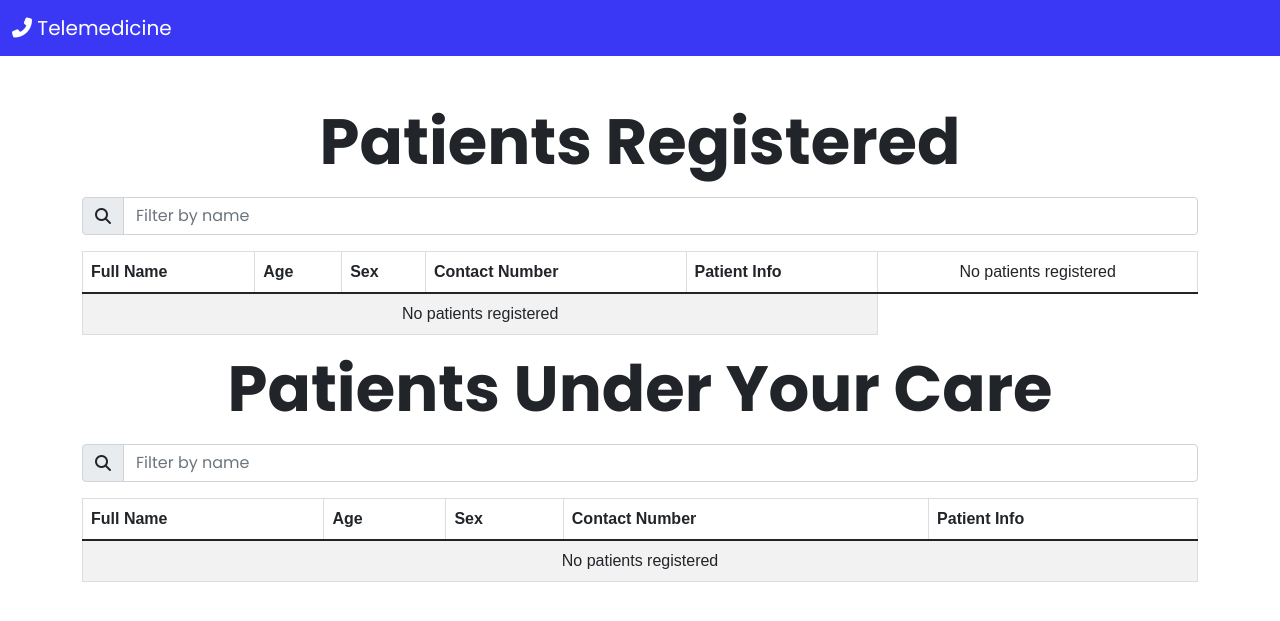
Repository: aragahan/HI-191
Page: main/templates/main/all_patients.html
An editor plug-in stored every save of this project. The page is shown before and after the next save, followed by the edit.
The browser window is 1280 px wide. The pictures show the whole page.
Some web libraries are served in a nearby version. The template is drawn by Django 3.2. The application's start-up code is not run. Other server files are loaded and not shown. The template is opened directly, without the code that normally fills it, so the values that code supplies are empty.

Above is the page before, as saved 2022-06-17 18:56:58.

### main/templates/main/all_patients.html
{% extends 'main/base.html' %}
        {% block navbar %}
            {% include 'main/navbar.html' %}
        {% endblock navbar %}
        {% block content %}

        <div class="container h-100 my-5">
            <div class="row">
                <div class="col">
                    <h1>Patients Registered</h1>
                    <div class="input-group my-3">
                        <span class="input-group-text">
                            <i class="fa-solid fa-magnifying-glass"></i>
                        </span>
                        <input id="filter" class="form-control" type="text" placeholder="Filter by name" onkeyup="search()">
                    </div>
                    <table class="table table-striped table-hover my-3 rounded-3">
                        <thead>
                            <tr>
                                <th scope="col">Full Name</th>
                                <th scope="col">Age</th>
                                <th scope="col">Sex</th>
                                <th scope="col">Contact Number</th>
                                <th scope="col">Patient Info</th>
                                <td colspan="5" class="text-center">
                                    No patients registered
                                </td>
                            </tr>
                        </thead>
                        <tbody>
                            {% for patient in patients %}
                                <tr name="results" class="align-middle">
                                    <td name="patientFname">{{patient.account.first_name}} {{patient.account.last_name}}</td>
                                    <td>
                                        {{patient.account.age}}
                                    </td>
                                    <td>
                                        {{patient.account.sex}}
                                    </td>
                                    <td>
                                        {{patient.account.contact_number}}
                                    </td>
                                    <td>
                                        <a href="{% url 'patient_page' patient.id %}">View Patient Profile</a>
                                    </td>
                                </tr>

                            {% empty %}
                                <tr>
                                    <td colspan="5" class="text-center">

                                        No patients registered
                                    </td>
                                </tr>
                            {% endfor %}
                        </tbody>
                    </table>
                </div>
                </table>
            </div>

            <div class="col">
                <h1>Patients Under Your Care</h1>
                <div class="input-group my-3">
                    <span class="input-group-text">
                        <i class="fa-solid fa-magnifying-glass"></i>
                    </span>
                    <input id="filter-2" class="form-control" type="text" placeholder="Filter by name" onkeyup="search2()">
                </div>
                <table class="table table-striped table-hover my-3 rounded-3">
                    <thead>
                        <tr>
                            <th scope="col">Full Name</th>
                            <th scope="col">Age</th>
                            <th scope="col">Sex</th>
                            <th scope="col">Contact Number</th>
                            <th scope="col">Patient Info</th>
                        </tr>
                    </thead>
                    <tbody>
                        {% for p in pcr %}
                            <tr name="results-2" class="align-middle">
                                <td name="patientFname-2">{{p.account.first_name}} {{p.account.last_name}}</td>
                                <td>
                                    {{p.account.age}}
                                </td>
                                <td>
                                    {{p.account.sex}}
                                </td>
                                <td>
                                    {{p.account.contact_number}}
                                </td>
                                <td>
                                    <a href="{% url 'patient_page' p.id %}">View Patient Profile</a>
                                </td>
                            </tr>
                        {% empty %}
                            <tr>
                                <td colspan="5" class="text-center">
                                    No patients registered
                                </td>
                            </tr>
                        {% endfor %}
                    </tbody>
                </table>
            </div>
        </div>
    </div>

    <script>
        function search1() {
            console.log(document.querySelector("#filter-1").value)
            let filter = document.getElementById("filter-1").value.toUpperCase();
            let results = document.getElementsByName("results-1");
            if (results !== null) {
                for (let i=0; i<(results.length); i++) {
                    let name = results[i].querySelector("[name=patientFname-1]").innerText;
                    if (name.toUpperCase().includes(filter)){
                        results[i].style.display = "";
                    } else {
                        results[i].style.display = "none";
                    }
                }
            }
        }

        function search2() {
            console.log(document.querySelector("#filter-2").value)
            let filter = document.getElementById("filter-2").value.toUpperCase();
            let results = document.getElementsByName("results-2");
            if (results !== null) {
                for (let i=0; i<(results.length); i++) {
                    let name = results[i].querySelector("[name=patientFname-2]").innerText;
                    if (name.toUpperCase().includes(filter)){
                        results[i].style.display = "";
                    } else {
                        results[i].style.display = "none";
                    }
                }
            }
        }
    </script>

{% endblock content %}

### main/templates/main/base.html
{% load static %}
<!DOCTYPE html>
<html lang="en" class="h-100">
<head>
    <meta charset="UTF-8">
    <meta http-equiv="X-UA-Compatible" content="IE=edge">
    <meta name="viewport" content="width=device-width, initial-scale=1.0">
    <link href="https://cdn.jsdelivr.net/npm/bootstrap@5.1.3/dist/css/bootstrap.min.css" rel="stylesheet" integrity="sha384-1BmE4kWBq78iYhFldvKuhfTAU6auU8tT94WrHftjDbrCEXSU1oBoqyl2QvZ6jIW3" crossorigin="anonymous">
    <link rel="stylesheet" href="https://cdnjs.cloudflare.com/ajax/libs/font-awesome/6.1.1/css/all.min.css" integrity="sha512-KfkfwYDsLkIlwQp6LFnl8zNdLGxu9YAA1QvwINks4PhcElQSvqcyVLLD9aMhXd13uQjoXtEKNosOWaZqXgel0g==" crossorigin="anonymous" referrerpolicy="no-referrer" />

    <!-- CSS -->
    <link rel="stylesheet" href="{% static 'css/style.css' %}">

    <title>{% block title %}{% endblock title %}</title>
</head>
<body class="h-100">
    <div class="d-flex flex-column h-100">
        {% block navbar %}
            {% include 'main/navbar.html' %}
        {% endblock navbar %}
        {% block content %}{% endblock content %}
    </div>
</body>
<script src="https://cdn.jsdelivr.net/npm/bootstrap@5.1.3/dist/js/bootstrap.bundle.min.js" integrity="sha384-ka7Sk0Gln4gmtz2MlQnikT1wXgYsOg+OMhuP+IlRH9sENBO0LRn5q+8nbTov4+1p" crossorigin="anonymous"></script>
</html>

### main/templates/main/navbar.html
<nav class="navbar navbar-expand-lg navbar-dark" style="background-color: #3b38f5;">
    <div class="container-fluid">
        <a class="navbar-brand" href="#">
        <i class="fa-solid fa-phone-flip"></i>
        Telemedicine
        </a>
        {% if not request.user.is_authenticated %}
        {% else %}
        <button class="navbar-toggler" type="button" data-bs-toggle="collapse" data-bs-target="#navbarSupportedContent"
            aria-controls="navbarSupportedContent" aria-expanded="false" aria-label="Toggle navigation">
        <span class="navbar-toggler-icon"></span>
        </button>
        <div class="collapse navbar-collapse" id="navbarSupportedContent">
			{% if request.user.role == "SA" %}
            <ul class="navbar-nav me-auto mb-2 mb-lg-0">
                <li class="nav-item">
					<a class="nav-link {% if request.resolver_match.view_name == 'account_requests' %}active{% endif %}" aria-current="page" href="{% url 'account_requests' %}">Account Requests</a>
                </li>
                <li class="nav-item">
                    <a class="nav-link {% if request.resolver_match.view_name == 'accounts' %}active{% endif %}" href="{% url 'accounts' %}">Accounts</a>
                </li>
                <li class="nav-item">
                    <a class="nav-link active" aria-current="page" href="{% url 'logout' %}"> Logout </a>
                </li>
            </ul>
			{% else %}
            <ul class="navbar-nav me-auto mb-2 mb-lg-0">
                <li class="nav-item">
                    {% if user.role == "SA" %}
                    <a class="nav-link active" aria-current="page" href="{% url 'account_requests' %}">Home</a>
                    {% elif user.role == "PH" %}
                    <a class="nav-link active" aria-current="page" href="{% url 'all_patients' %}">Home</a>
                    {% elif user.role == "PA" %}
                    <a class="nav-link active" aria-current="page" href="{% url 'all_doctors' %}">Home</a>
                    {% else %}
                    <a class="nav-link active" aria-current="page" href="#">Home</a>
                    {% endif %}
                </li>

                <li class="nav-item">
                    <a class="nav-link" href="{% url 'profile_page' %}">Profile</a>
                </li>

                <li class="nav-item dropdown">
                    <a class="nav-link dropdown-toggle" href="#" id="navbarDropdown" role="button" data-bs-toggle="dropdown"
                        aria-expanded="false">
                    Dropdown
                    </a>
                    <ul class="dropdown-menu" aria-labelledby="navbarDropdown">
                        <li><a class="dropdown-item" href="#">Action</a></li>
                        <li><a class="dropdown-item" href="#">Another action</a></li>
                        <li>
                            <hr class="dropdown-divider">
                        </li>
                        <li><a class="dropdown-item" href="#">Something else here</a></li>
                    </ul>
                </li>
                <li class="nav-item">
                    <a class="nav-link disabled">Disabled</a>
                </li>
                <li class="nav-item">
                    <a class="nav-link active" aria-current="page" href="{% url 'logout' %}"> Logout </a>
                </li>
            </ul>
			{% endif %}
        </div>
    </div>
    {% endif %}
</nav>

### main/static/css/style.css
/* Poppins Font
font-family: 'Poppins'
*/

@import url('https://fonts.googleapis.com/css?family=Poppins:ital,wght@0,300;0,400;0,700;0,900;1,300;1,700;1,900&display=swap');

:root {
    /*--upmaroon: #7B1113;*/
    --blue: #3b38f5;
}

html {
    scroll-behavior: smooth;
}


body {
    font-family: 'Poppins';
}

h1 {
    font-size: 64px;
    font-weight: bold;
    text-align: center;
}

h2 {
    font-size: 40.32px;
}

h3 {
    font-size: 25.4px; font-weight: bold;
}

p {
    font-size: 16px;
}

table {
font-family: arial, sans-serif;
border-collapse: collapse;
width: 100%;
}

td, th {
border: 1px solid #dddddd;
text-align: left;
padding: 8px;
}

tr:nth-child(even) {
background-color: #dddddd;
}

After the next save:
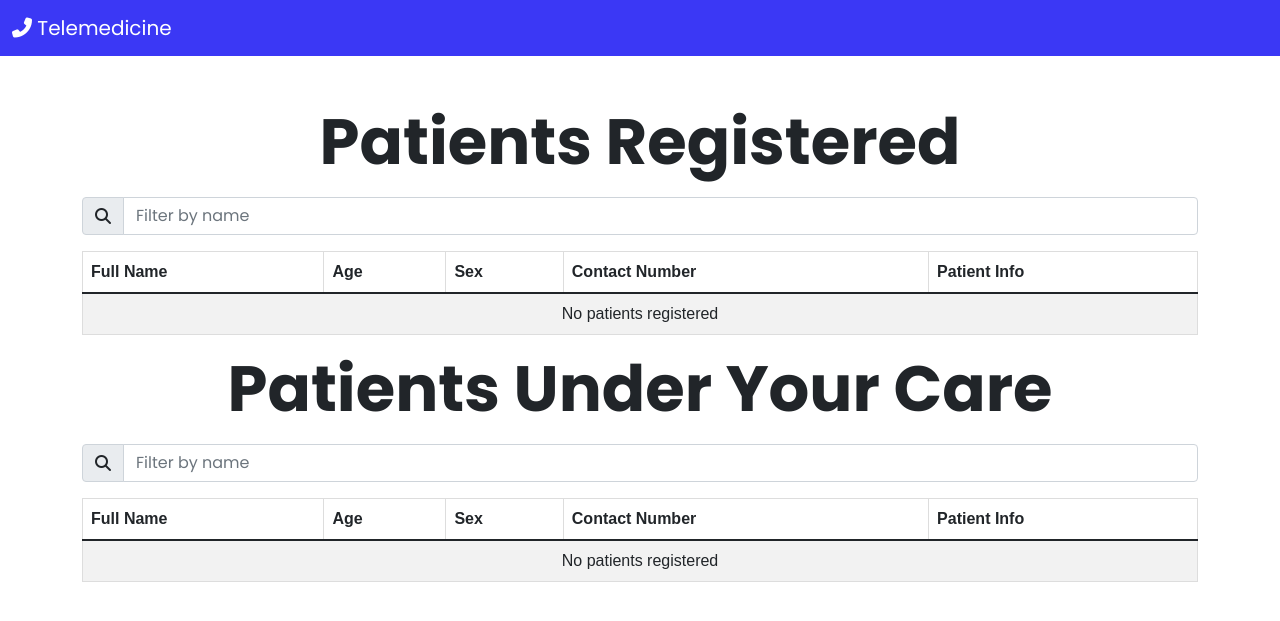
Saved 93 s later.
--- a/main/templates/main/all_patients.html
+++ b/main/templates/main/all_patients.html
@@ -22,9 +22,6 @@
                                 <th scope="col">Sex</th>
                                 <th scope="col">Contact Number</th>
                                 <th scope="col">Patient Info</th>
-                                <td colspan="5" class="text-center">
-                                    No patients registered
-                                </td>
                             </tr>
                         </thead>
                         <tbody>
